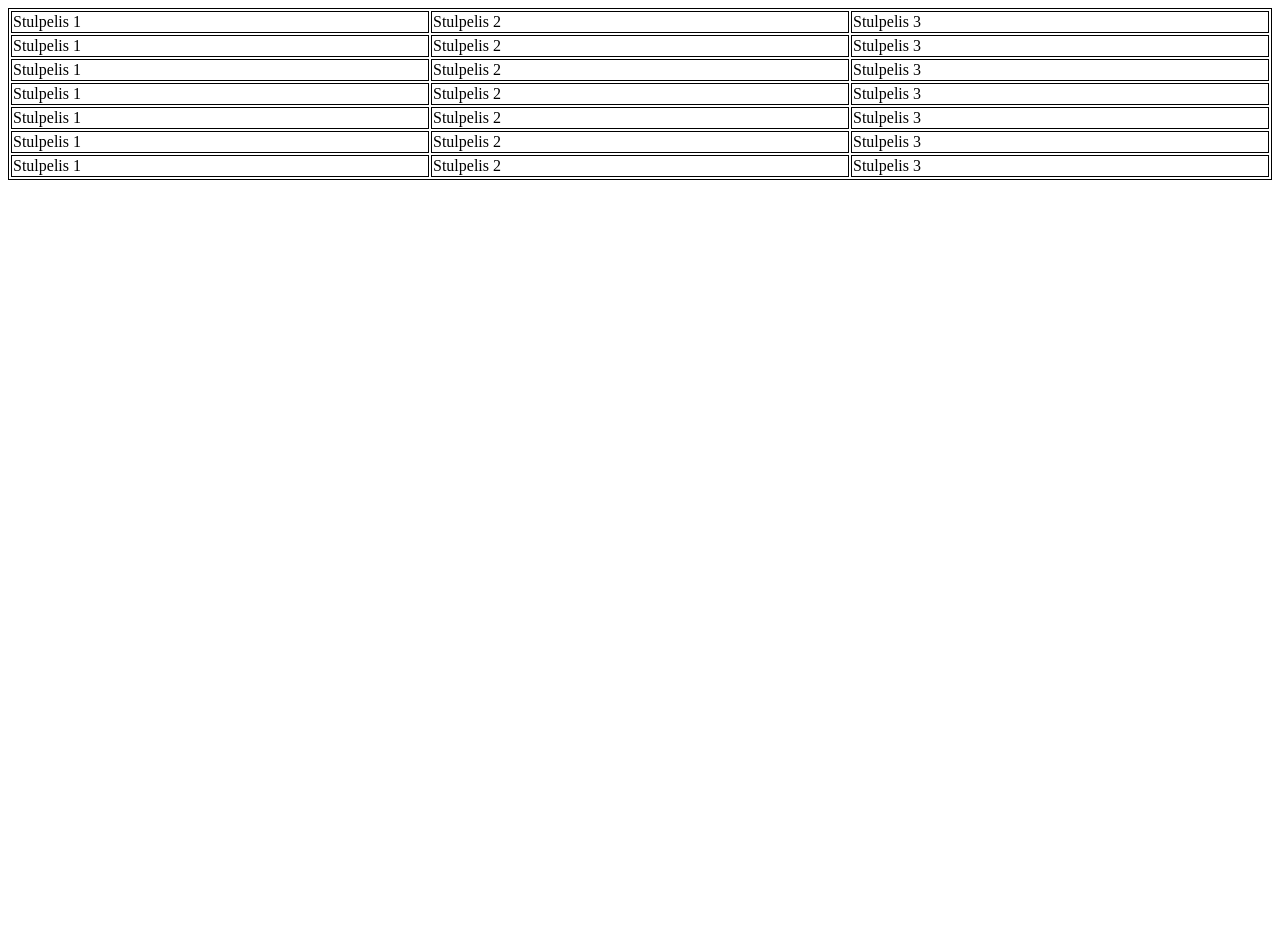
Repository: motiejus1/10-paskaita-05.31
Page: index.html
An editor plug-in stored every save of this project. The page is shown before and after the next save, followed by the edit.
The browser window is 1280 px wide. The pictures show the part of the page from y = 0 to 952 px (the page is 3188 px tall).
Backgrounds fixed to the window are drawn as part of the page.

Above is the page before, as saved 2021-06-16 19:47:28.

After the next save:
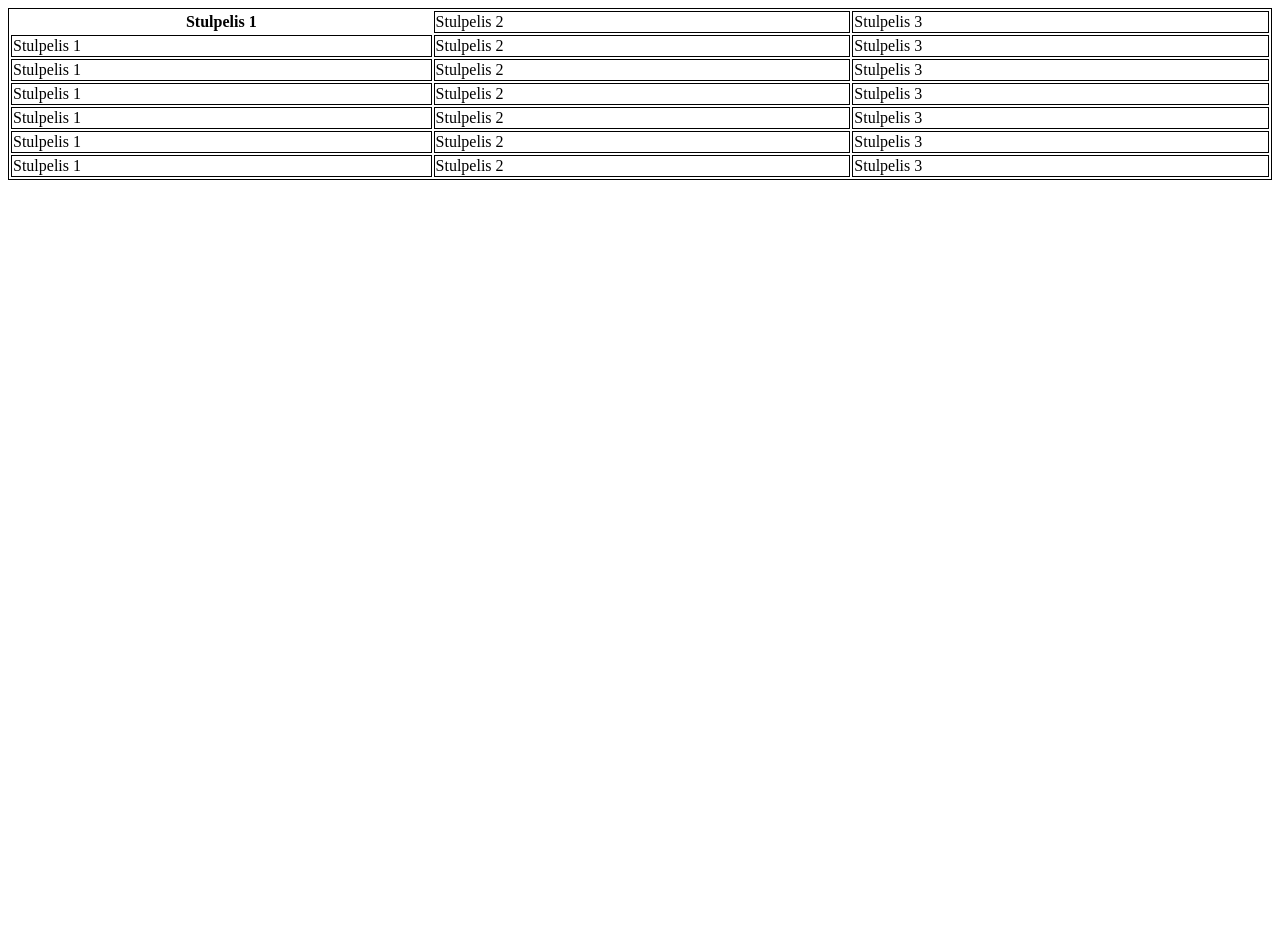
Saved 4 s later.
--- a/index.html
+++ b/index.html
@@ -67,7 +67,7 @@
 
     <table>
         <tr>
-            <td>Stulpelis 1</td>
+            <th>Stulpelis 1</td>
             <td>Stulpelis 2</td>
             <td>Stulpelis 3</td>
         </tr>
